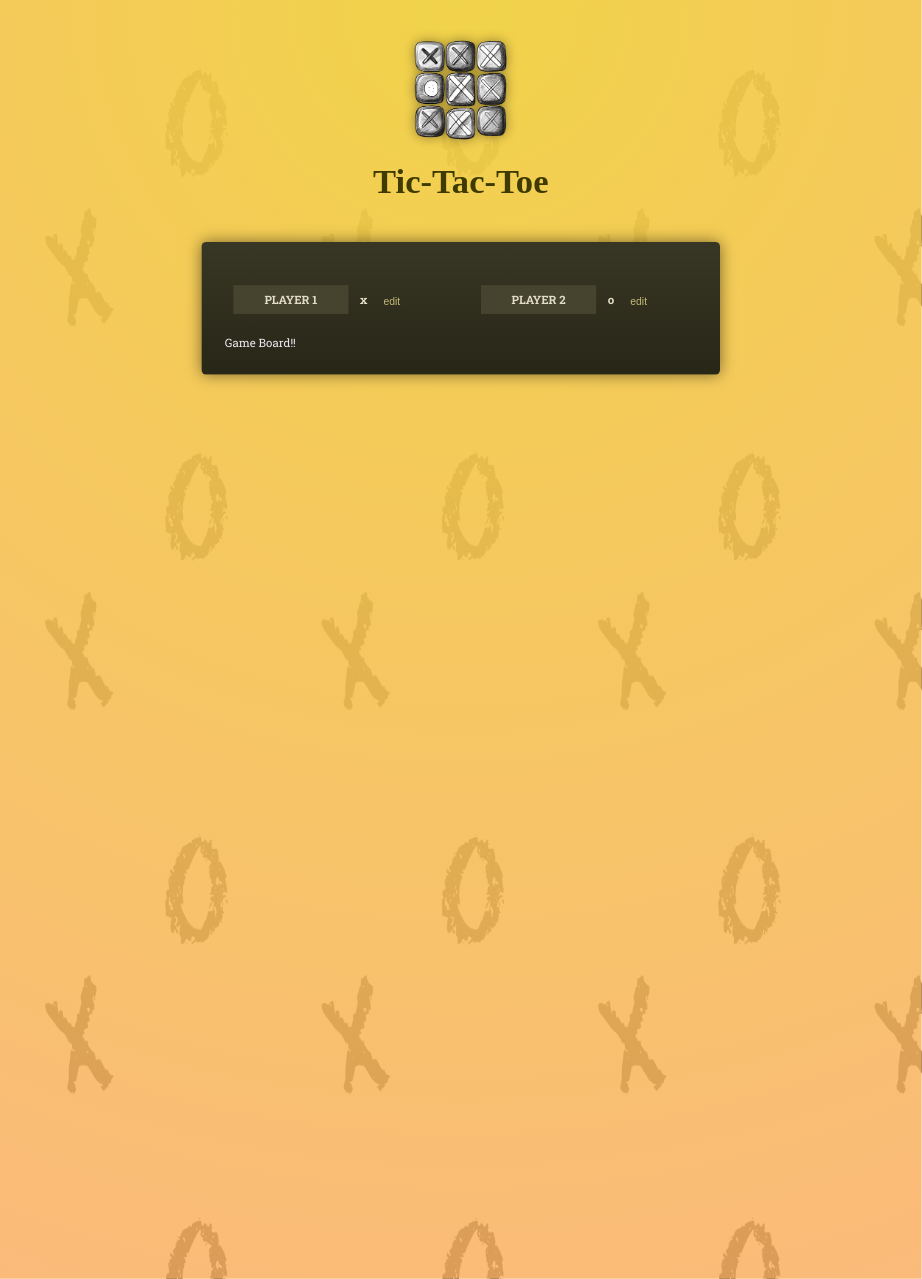
Repository: PrateekSahu9808/Tic_tac__toe_game
Page: /
The author's editor kept a copy of each file at every save. The page is drawn from the files as they stood at one save, then again after the next save.
The browser window is 1280 px wide. The pictures show the whole page, at 72% of full size.
Some web fonts or font styles are not loaded; a fallback is used. The project was rebuilt for these pictures with package versions that can differ from the ones it lists, and the page was loaded fresh each time. Also part of the build but not shown: vite.config.js.

Above is the page before, as saved 2024-04-17 23:46:42.

### index.html
<!DOCTYPE html>
<html lang="en">
  <head>
    <meta charset="UTF-8" />
    <link rel="icon" type="image/svg+xml" href="/vite.svg" />
    <meta name="viewport" content="width=device-width, initial-scale=1.0" />
    <title>Vite + React</title>
  </head>
  <body>
    <header>
      <img src="game-logo.png" alt="tick" />
      <h1>Tic-Tac-Toe</h1>
    </header>
    <div id="root"></div>
    <script type="module" src="/src/main.jsx"></script>
  </body>
</html>

### src/App.jsx
import Player from "./Components/Player";

function App() {
  return (
    <main>
      <div id="game-container">
        <ol id="players">
          <Player initialName="Player 1" symbol="x" />
          <Player initialName="Player 2" symbol="o" />
        </ol>
        Game Board!!
      </div>
    </main>
  );
}

export default App;

### src/Components/Player.jsx
import { useState } from "react";

const Player = ({ initialName, symbol }) => {
  const [playerName, setPlayerName] = useState(initialName);
  const [isEditing, setIsEditing] = useState(false);

  const handleEditClick = () => {
    // setIsEditing(isEditing? false:true)
    // setIsEditing(!isEditing );
    setIsEditing(editing => !editing);
  };
  const handleChange = event => {
    setPlayerName(event.target.value);
  };

  return (
    <li>
      <span className="player">
        {isEditing ? (
          <span className="player-name">{playerName}</span>
        ) : (
          <input
            type="text"
            required
            value={playerName}
            onChange={handleChange}
          />
        )}
        <span className="player-symbol">{symbol}</span>
      </span>
      <button onClick={handleEditClick}>{isEditing ? "save" : "edit"}</button>
    </li>
  );
};

export default Player;

Loaded but not shown: src/main.jsx (common file); src/index.css (common file)

After the next save:
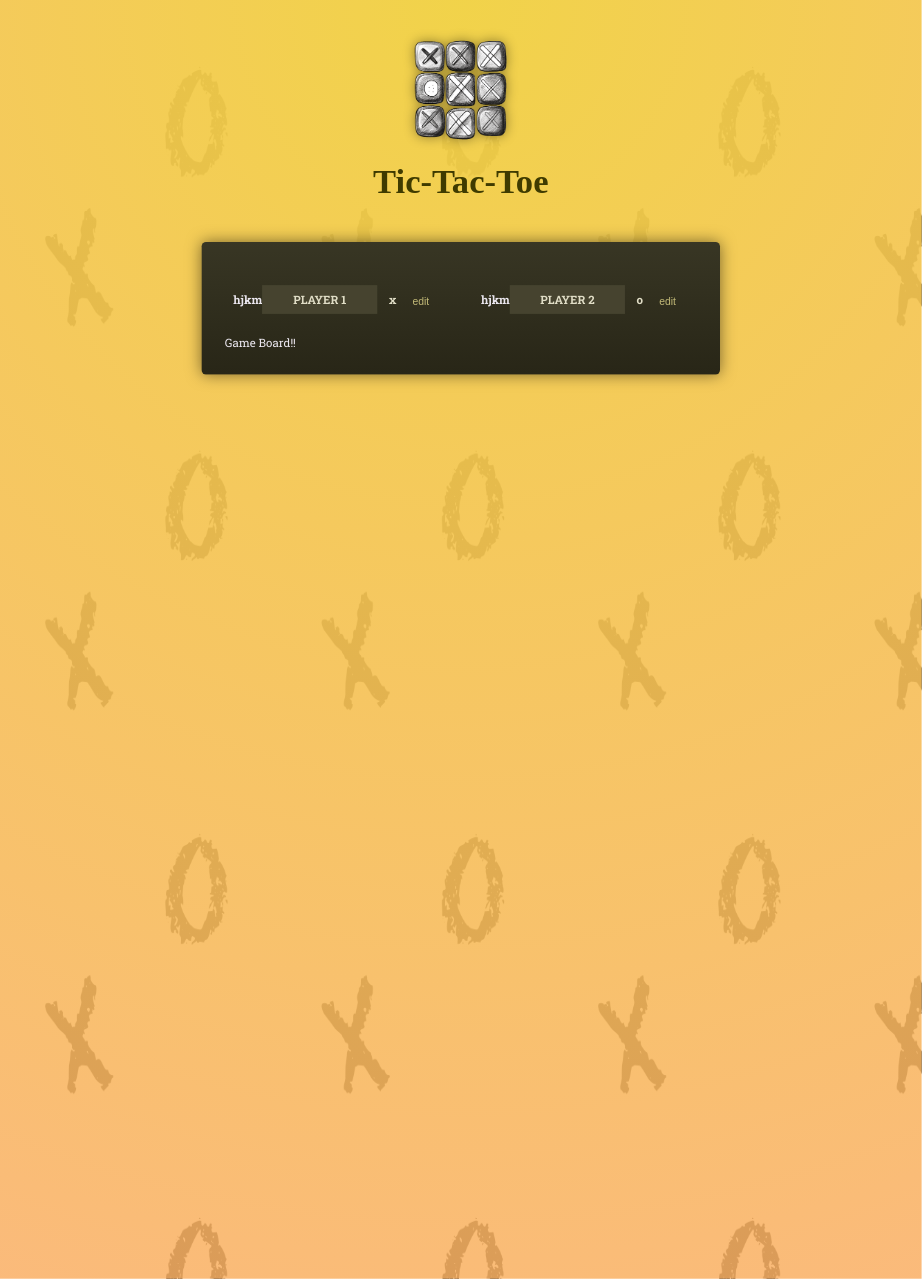
Saved 42 s later.
--- a/src/Components/Player.jsx
+++ b/src/Components/Player.jsx
@@ -16,6 +16,7 @@
   return (
     <li>
       <span className="player">
+       hjkm
         {isEditing ? (
           <span className="player-name">{playerName}</span>
         ) : (

After the save that followed:
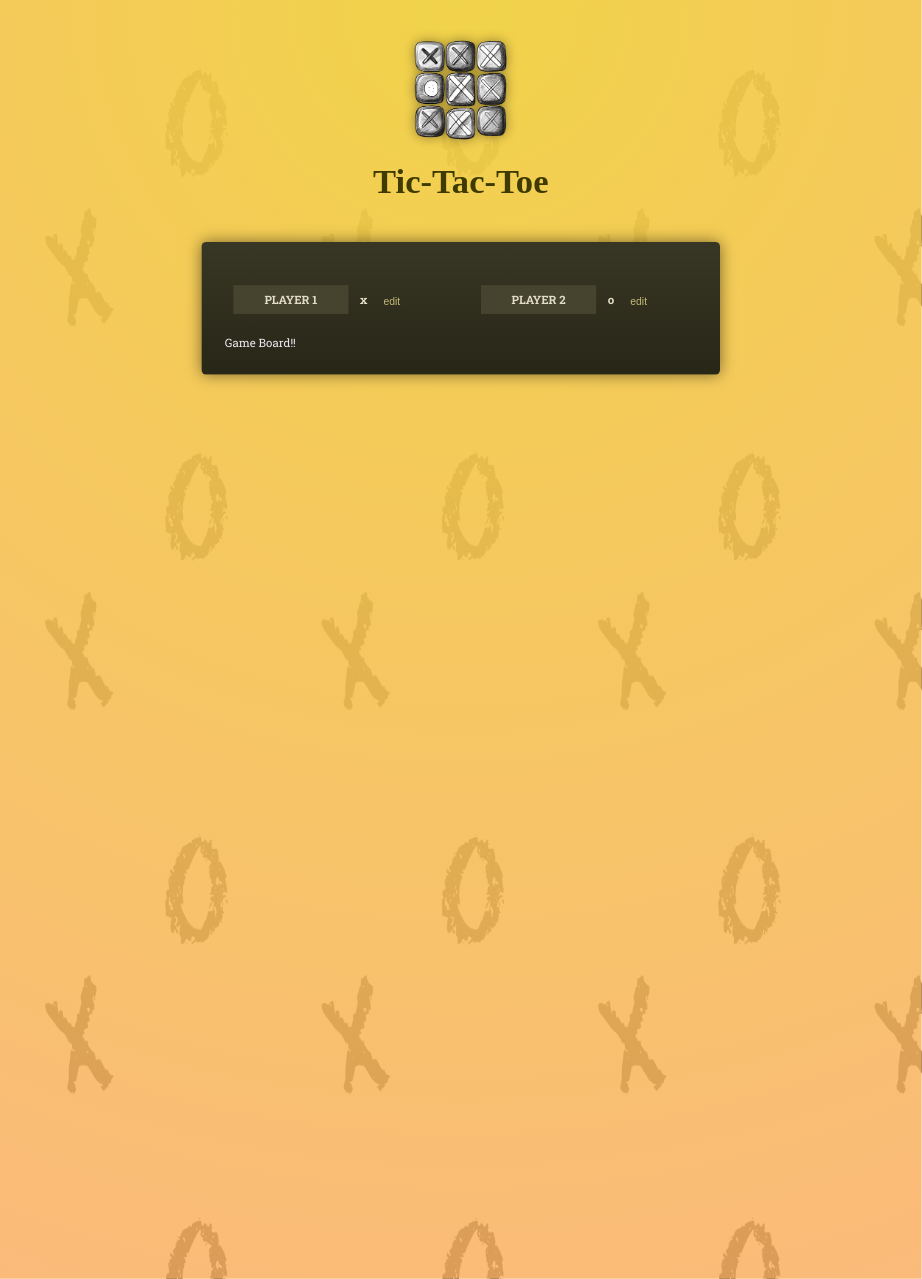
Saved 5 s later.
--- a/src/Components/Player.jsx
+++ b/src/Components/Player.jsx
@@ -16,7 +16,6 @@
   return (
     <li>
       <span className="player">
-       hjkm
         {isEditing ? (
           <span className="player-name">{playerName}</span>
         ) : (
